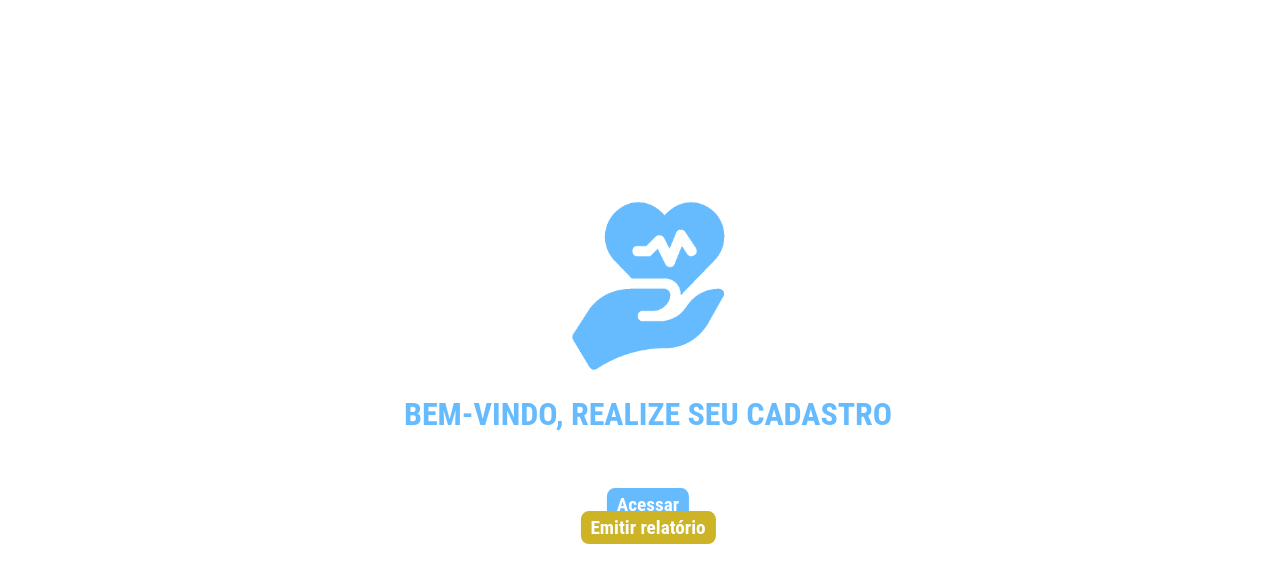
Repository: ohenriquesouza/HospitalCRUD-using-JavaEE
Page: JSP_test/src/main/webapp/index.html
These files come from the project's save history. The page is drawn as it stood at one moment and after the next save; the edit follows.
The browser window is 1280 px wide. The pictures show the whole page.
Some web fonts or font styles are not loaded; a fallback is used.

Above is the page before, as saved 2022-12-28 14:08:24.

After the next save:
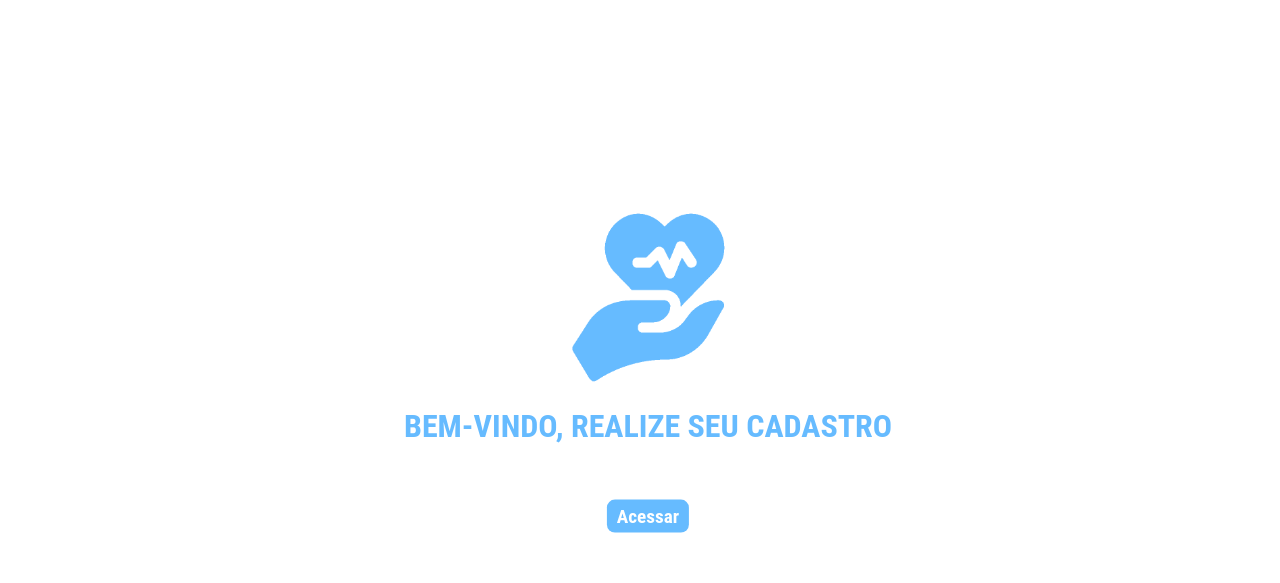
Saved 15 s later.
--- a/JSP_test/src/main/webapp/index.html
+++ b/JSP_test/src/main/webapp/index.html
@@ -13,6 +13,6 @@
       	<h1>BEM-VINDO, REALIZE SEU CADASTRO</h1>
       	<br><br>
       	<center><a href="main" class="botao1">Acessar</a></center>
-      	<center><a href="relatorio" class="botao3">Emitir relatório</a></center>
+
     </body>
 </html>
